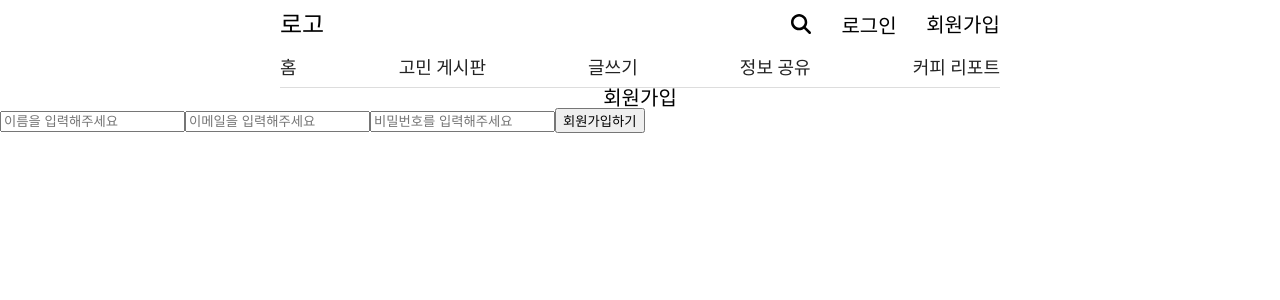
Repository: zlazlazla35/coffee
Page: /join
An editor plug-in stored every save of this project. The page is shown before and after a run of saves, followed by the edit.
The browser window is 1280 px wide. The pictures show the whole page.
The page's requests for data from a server got no answer. Some web fonts or font styles are not loaded; a fallback is used. The project was rebuilt for these pictures with package versions that can differ from the ones it lists, and the page was loaded fresh each time. The framework's server and built-in components were replaced by stand-ins that run in the browser. No one was signed in, and anything a server would have sent is missing. Also part of the build but not shown: next.config.mjs, src/app/LogOutButton.js.

Above is the page before, as saved 2025-01-20 17:05:20.

After the next 2 saves:
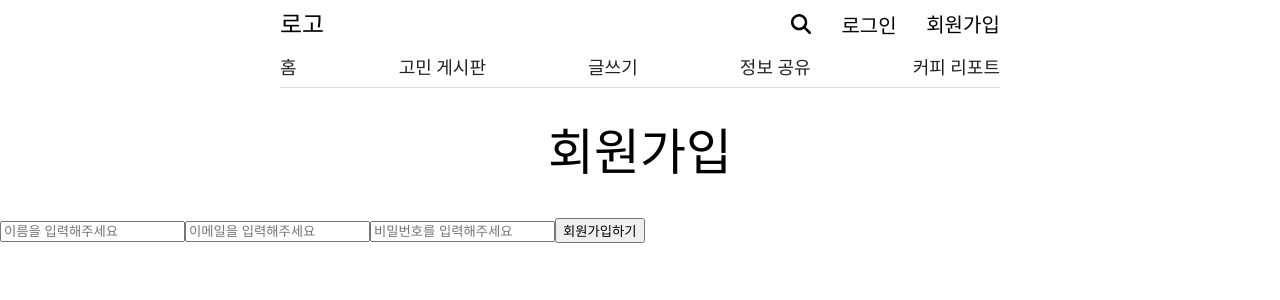
The 2 saves are shown as one change because they came seconds apart.
The last was saved 7 s later.
--- a/src/app/globals.css
+++ b/src/app/globals.css
@@ -173,6 +173,6 @@ select {font-family: 'NanumSquare', sans-serif !important; outline: none !import
 
 
 .join {width: 100%;}
-.join .title {font-size: 20px; width: 100%; text-align: center;}
+.join .title {font-size: 50px; width: 100%; text-align: center; margin: 40px 0;}
 
 #dbId {display: none;}
